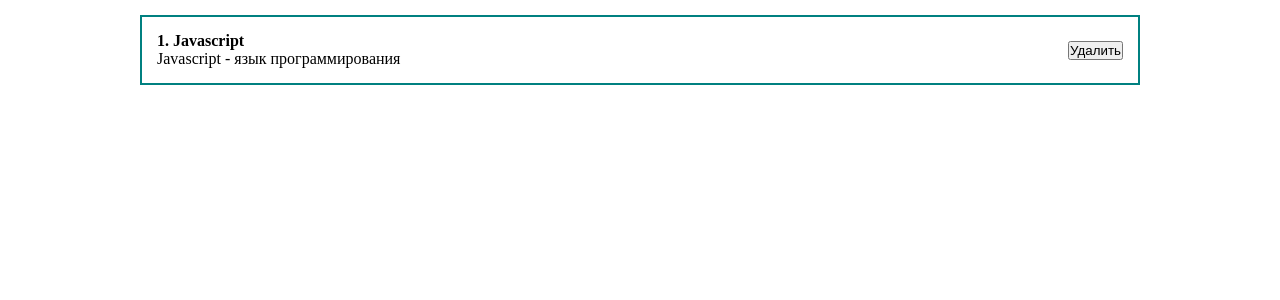
Repository: otvertka/ulb
Page: /
An editor plug-in stored every save of this project. The page is shown before and after the next save, followed by the edit.
The browser window is 1280 px wide. The pictures show the whole page.
The project was rebuilt for these pictures with package versions that can differ from the ones it lists, and the page was loaded fresh each time. Also part of the build but not shown: src/components/Counter.jsx, src/components/ClassCounter.jsx.

Above is the page before, as saved 2023-06-10 11:49:02.

After the next save:
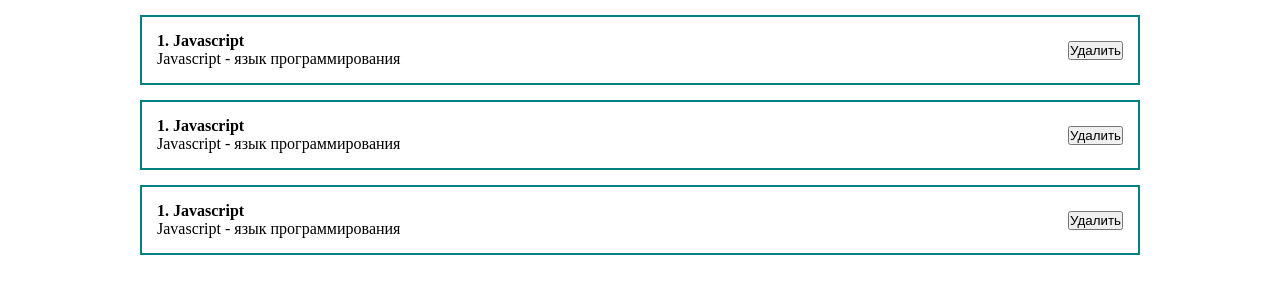
Saved 80 s later.
--- a/src/App.js
+++ b/src/App.js
@@ -18,6 +18,24 @@
           <button>Удалить</button>
         </div>
       </div>
+      <div className="post">
+        <div className="post__content">
+          <strong> 1. Javascript </strong>
+          <div>Javascript - язык программирования</div>
+        </div>
+        <div className="post__btns">
+          <button>Удалить</button>
+        </div>
+      </div>
+      <div className="post">
+        <div className="post__content">
+          <strong> 1. Javascript </strong>
+          <div>Javascript - язык программирования</div>
+        </div>
+        <div className="post__btns">
+          <button>Удалить</button>
+        </div>
+      </div>
     </div>
   );
 }

After the save that followed:
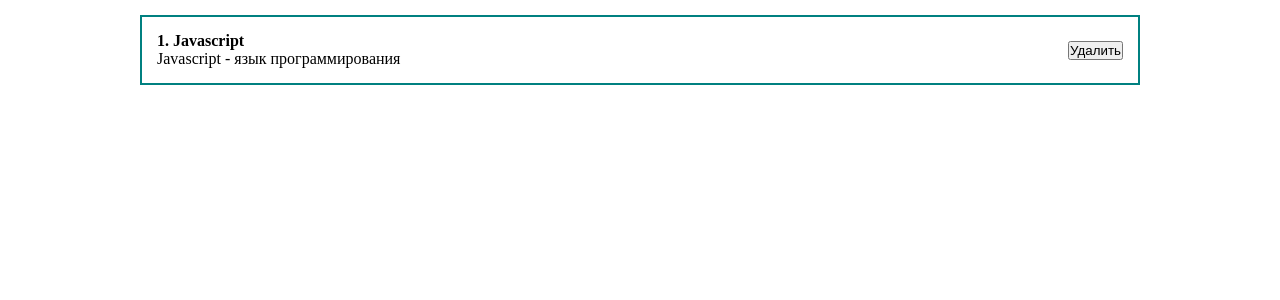
Saved 33 s later.
--- a/src/App.js
+++ b/src/App.js
@@ -18,24 +18,6 @@
           <button>Удалить</button>
         </div>
       </div>
-      <div className="post">
-        <div className="post__content">
-          <strong> 1. Javascript </strong>
-          <div>Javascript - язык программирования</div>
-        </div>
-        <div className="post__btns">
-          <button>Удалить</button>
-        </div>
-      </div>
-      <div className="post">
-        <div className="post__content">
-          <strong> 1. Javascript </strong>
-          <div>Javascript - язык программирования</div>
-        </div>
-        <div className="post__btns">
-          <button>Удалить</button>
-        </div>
-      </div>
     </div>
   );
 }
